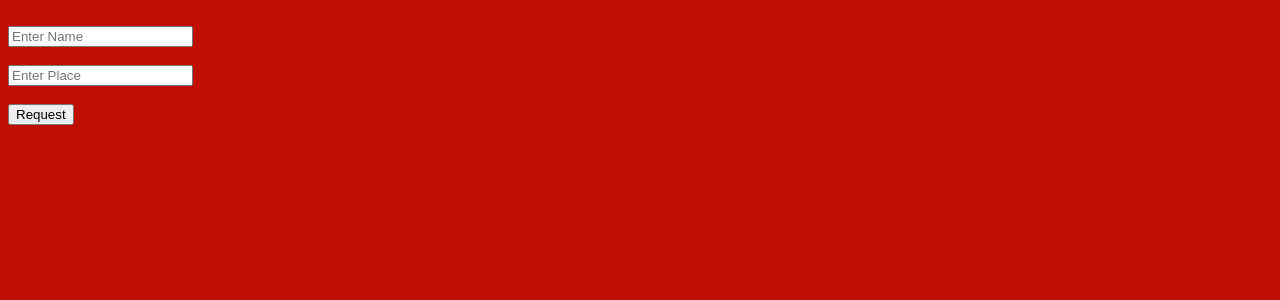
Repository: loganathanofficial/before-17-11-2025
Page: sevlet_class/form/src/main/webapp/form.html
These files come from the project's save history. The page is drawn as it stood at one moment and after the next save; the edit follows.
The browser window is 1280 px wide. The pictures show the whole page.

Above is the page before, as saved 2025-02-25 06:10:31.

### sevlet_class/form/src/main/webapp/form.html
<!DOCTYPE html>
<html>
<head>
<meta charset="UTF-8">
<title>my  form </title>
</head>
<body bgcolor="cyne">

	<form action="fs"><br>
		<input type="text" name="nm" placeholder="Enter Name"><br><br>
		<input type="text" name="pl" placeholder="Enter Place"><br><br>

		<button type="submit" value="Request">Request</button>


	</form>

</body>
</html>

After the next save:
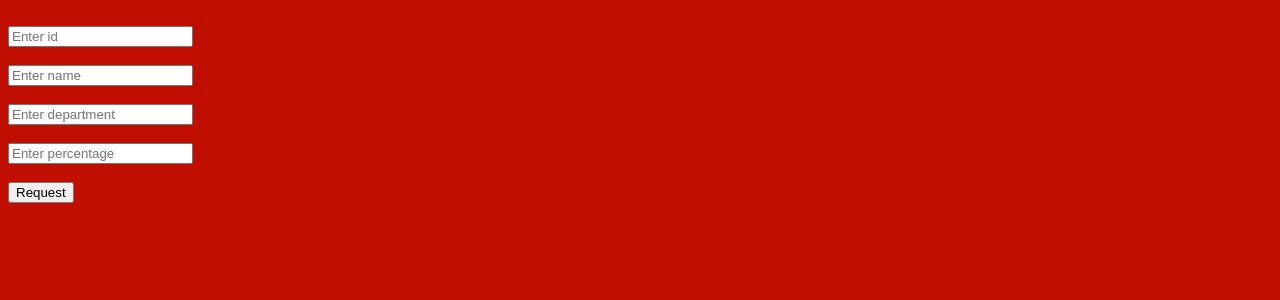
Saved 85 s later.
--- a/sevlet_class/form/src/main/webapp/form.html
+++ b/sevlet_class/form/src/main/webapp/form.html
@@ -7,8 +7,10 @@
 <body bgcolor="cyne">
 
 	<form action="fs"><br>
-		<input type="text" name="nm" placeholder="Enter Name"><br><br>
-		<input type="text" name="pl" placeholder="Enter Place"><br><br>
+		<input type="text" name="id" placeholder="Enter id"><br><br>
+		<input type="text" name="name" placeholder="Enter name"><br><br>
+		<input type="text" name="dept" placeholder="Enter department"><br><br>
+		<input type="text" name="perc" placeholder="Enter percentage"><br><br>
 
 		<button type="submit" value="Request">Request</button>
 
